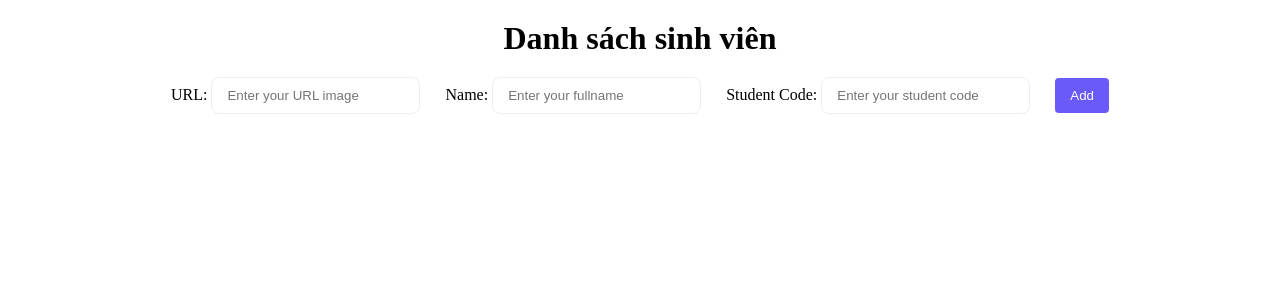
Repository: doquang195/demo-api
Page: indext.html
These files come from the project's save history. The page is drawn as it stood at one moment and after the next save; the edit follows.
The browser window is 1280 px wide. The pictures show the whole page.
The page's requests for data from a server got no answer.

Above is the page before, as saved 2023-10-04 22:24:19.

### indext.html
<!DOCTYPE html>
<html lang="en">
    <head>
        <meta charset="UTF-8" />
        <meta name="viewport" content="width=device-width, initial-scale=1.0" />
        <link rel="stylesheet" href="./reset.css" />
        <link rel="stylesheet" href="./style.css" />
        <title>Demo Rest API</title>
    </head>
    <body>
        <div>
            <h2 class="heading">Danh sách sinh viên</h2>
            <div id="list-courses"></div>
        </div>
        <form action="" class="form-post" method="post">
            <div>
                <label>URL:</label>
                <input
                    type="text"
                    name="image"
                    placeholder="Enter your URL image"
                />
            </div>
            <div>
                <label>Name:</label>
                <input
                    type="text"
                    name="name"
                    placeholder="Enter your fullname"
                />
            </div>
            <div>
                <label>Student Code:</label>
                <input
                    type="text"
                    name="code"
                    placeholder="Enter your student code"
                />
            </div>

            <button type="submit">Add</button>
        </form>
        <script src="./app.js"></script>
    </body>
</html>

### reset.css
html {
    box-sizing: border-box;
}
* {
    margin: 0;
    padding: 0;
}
*,
*:before,
*:after {
    box-sizing: border-box;
}
input,
textarea,
select,
button {
    outline: none;
}
input {
    line-height: normal;
}
label,
button {
    cursor: pointer;
}
a {
    text-decoration: none;
}
img {
    display: block;
    max-width: 100%;
}

### style.css
.heading {
    font-size: 32px;
    text-align: center;
    padding: 20px;
}

.form-post {
    display: flex;
    justify-content: center;
    align-items: center;
    gap: 0 25px;
}

.form-post input {
    padding: 10px 15px;
    border: 1px solid #eee;
    border-radius: 8px;
}

.form-post button {
    background-color: #6a5af9;
    color: white;
    border: 0;
    outline: none;
    padding: 10px 15px;
    border-radius: 4px;
}

### app.js
// let coursesAPI = "http://localhost:3000/courses";

// function start() {
//     getCourses(renderCourses);
//     handleCreateForm();
// }

// start();

// function getCourses(callback) {
//     fetch(coursesAPI)
//         .then((res) => res.json())
//         .then(callback);
// }

// function createCourse(data, callback) {
//     let options = {
//         method: "POST",
//         headers: {
//             "Content-Type": "application/json",
//         },
//         body: JSON.stringify(data),
//     };
//     fetch(coursesAPI, options)
//         .then((res) => res.json())
//         .then(callback);
// }

// function handleDeleteCourse(id) {
//     let options = {
//         method: "DELETE",
//         headers: {
//             "Content-Type": "application/json",
//         },
//     };
//     fetch(coursesAPI + "/" + id, options)
//         .then((res) => res.json())
//         .then(function () {
//             const courseItem = document.querySelector(".course-" + id);
//             if (courseItem) {
//                 courseItem.remove();
//             }
//         });
// }

// function renderCourses(courses) {
//     let listCourses = document.querySelector("#list-courses");
//     const htmls = courses.map(function (course) {
//         return `
//             <div class="course-${course.id}" style="width: 300px, height: 300px">
//                 <h4>${course.name}</h4>
//                 <p>${course.description}</p>
//                 <button onclick="handleDeleteCourse(${course.id})">Xoa</button>
//             </div>`;
//     });
//     listCourses.innerHTML = htmls;
// }

// function handleCreateForm() {
//     const createBtn = document.querySelector("#create");
//     createBtn.onclick = function () {
//         const name = document.querySelector('input[name="name"]').value;
//         const description = document.querySelector(
//             'input[name="description"]'
//         ).value;
//         const formData = {
//             name: name,
//             description: description,
//         };
//         createCourse(formData, function () {
//             getCourses(renderCourses);
//         });
//     };
// }
const student = {
    image: "",
    studentCode: "",
    name: "",
};

const endpoint = "http://localhost:3000/courses";

async function addPost(image, studentCode, name) {
    const response = fetch(endpoint, {
        method: "POST",
        body: JSON.stringify({
            image,
            studentCode,
            name,
        }),
        headers: {
            "Content-type": "application/json; charset=UTF-8",
        },
    })
        .then((res) => res.json())
        .then((json) => {});
}

async function getStudents() {
    const response = await fetch(endpoint);
    const data = await response.json();
    console.log(data);
}

function renderItems(item) {

}

const formPost = document.querySelector(".form-post");
formPost.addEventListener("submit", async function (e) {
    e.preventDefault();
    const image = this.elements["image"].value;
    const studentCode = this.elements["code"].value;
    const name = this.elements["name"].value;
    await addPost(image, studentCode, name);
    this.reset();
});

getStudents();

After the next save:
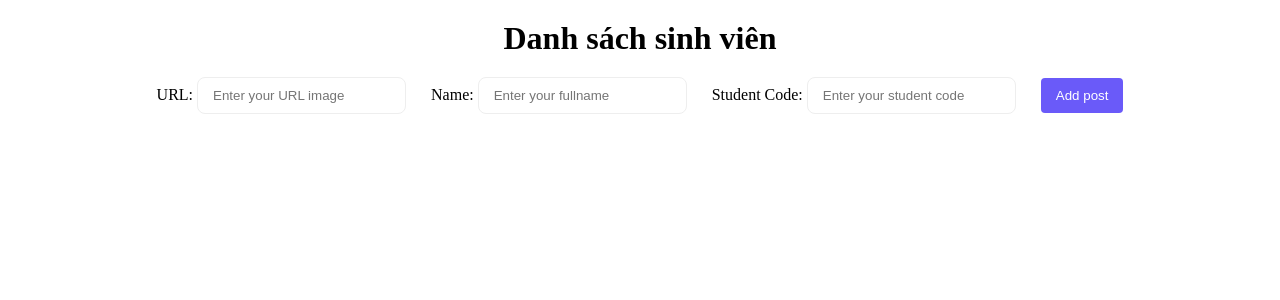
Saved 26 s later.
--- a/indext.html
+++ b/indext.html
@@ -23,11 +23,7 @@
             </div>
             <div>
                 <label>Name:</label>
-                <input
-                    type="text"
-                    name="name"
-                    placeholder="Enter your fullname"
-                />
+                <input type="text" name="name" placeholder="Enter your fullname" />
             </div>
             <div>
                 <label>Student Code:</label>
@@ -38,7 +34,7 @@
                 />
             </div>
 
-            <button type="submit">Add</button>
+            <button type="submit">Add post</button>
         </form>
         <script src="./app.js"></script>
     </body>
